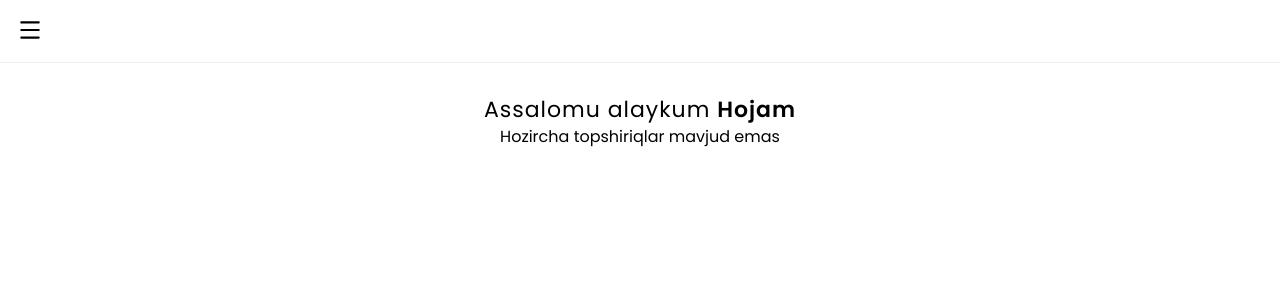
Repository: zaynobiddinovofficel-debug/KotibaAI
Page: / (app in web/)
These files come from the project's save history. The page is drawn as it stood at one moment and after a run of saves; the edit follows.
The browser window is 1280 px wide. The pictures show the whole page.
Some web fonts or font styles are not loaded; a fallback is used. The project was rebuilt for these pictures with package versions that can differ from the ones it lists, and the page was loaded fresh each time. Also part of the build but not shown: web/vite.config.js.

Above is the page before, as saved 2026-03-25 20:15:28.

After the next 5 saves:
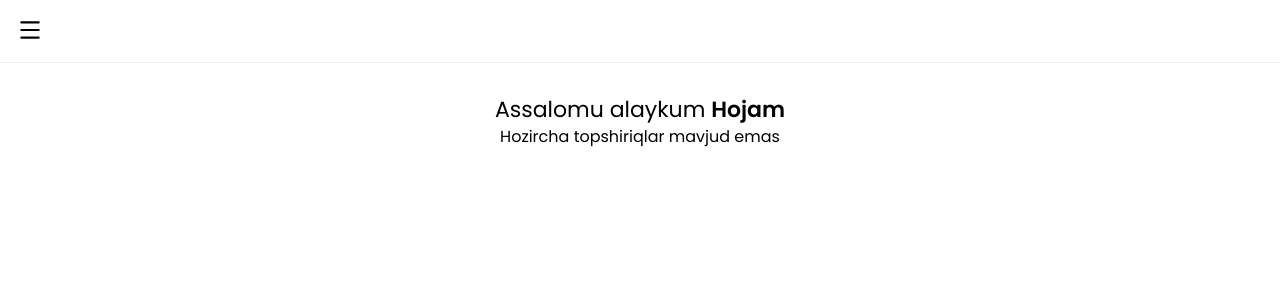
The 5 saves are shown as one change because they came seconds apart.
The last was saved 14 s later.
--- a/web/src/App.jsx
+++ b/web/src/App.jsx
@@ -13,7 +13,7 @@ export default function App() {
     </div>
     {tasks??
     <div className="px-3 py-3 max-w-[1280px] w-full flex flex-col items-center my-6 text-center gap-2">
-    <span className="text-[22px] leading-none tracking-[1px]">Assalomu alaykum <b className="font-[550]">
+    <span className="text-[22px] leading-none">Assalomu alaykum <b className="font-[550]">
       {username==null?"Hojam":username}
     </b></span>
     <span className="leading-none">Hozircha topshiriqlar mavjud emas</span>
